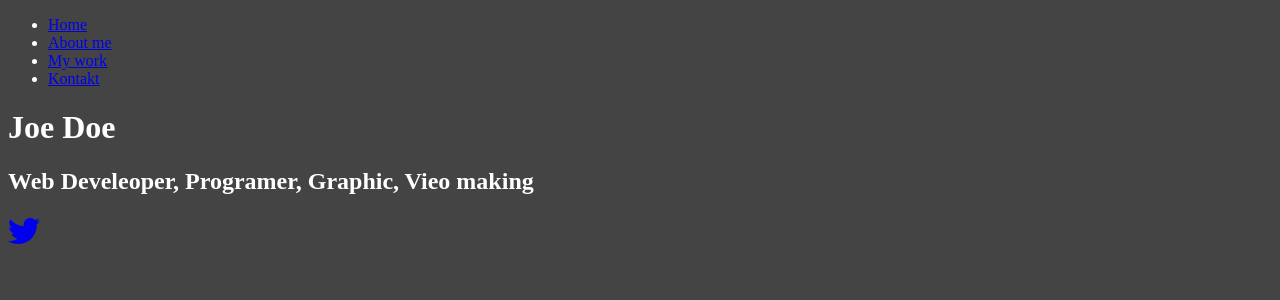
Repository: Zudoshi/morden-portfolio-test
Page: dist/index.html
An editor plug-in stored every save of this project. The page is shown before and after the next save, followed by the edit.
The browser window is 1280 px wide. The pictures show the whole page.
Some web libraries are served in a nearby version. The style sheet was rebuilt from its Sass, Less or Tailwind sources for each picture, by a compiler version that may differ from the author's.

Above is the page before, as saved 2019-12-29 21:44:45.

After the next save:
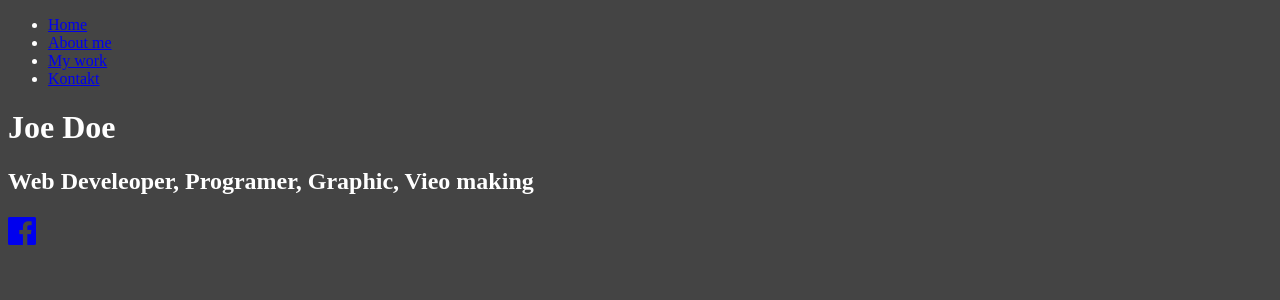
Saved 6 s later.
--- a/dist/index.html
+++ b/dist/index.html
@@ -49,7 +49,7 @@
       </h2>
       <div class="icons">
         <a href="#!">
-          <i class="fab fa-twitter fa-2x"></i>
+          <i class="fab fa-facebook fa-2x"></i>
         </a>
       </div>
     </main>
